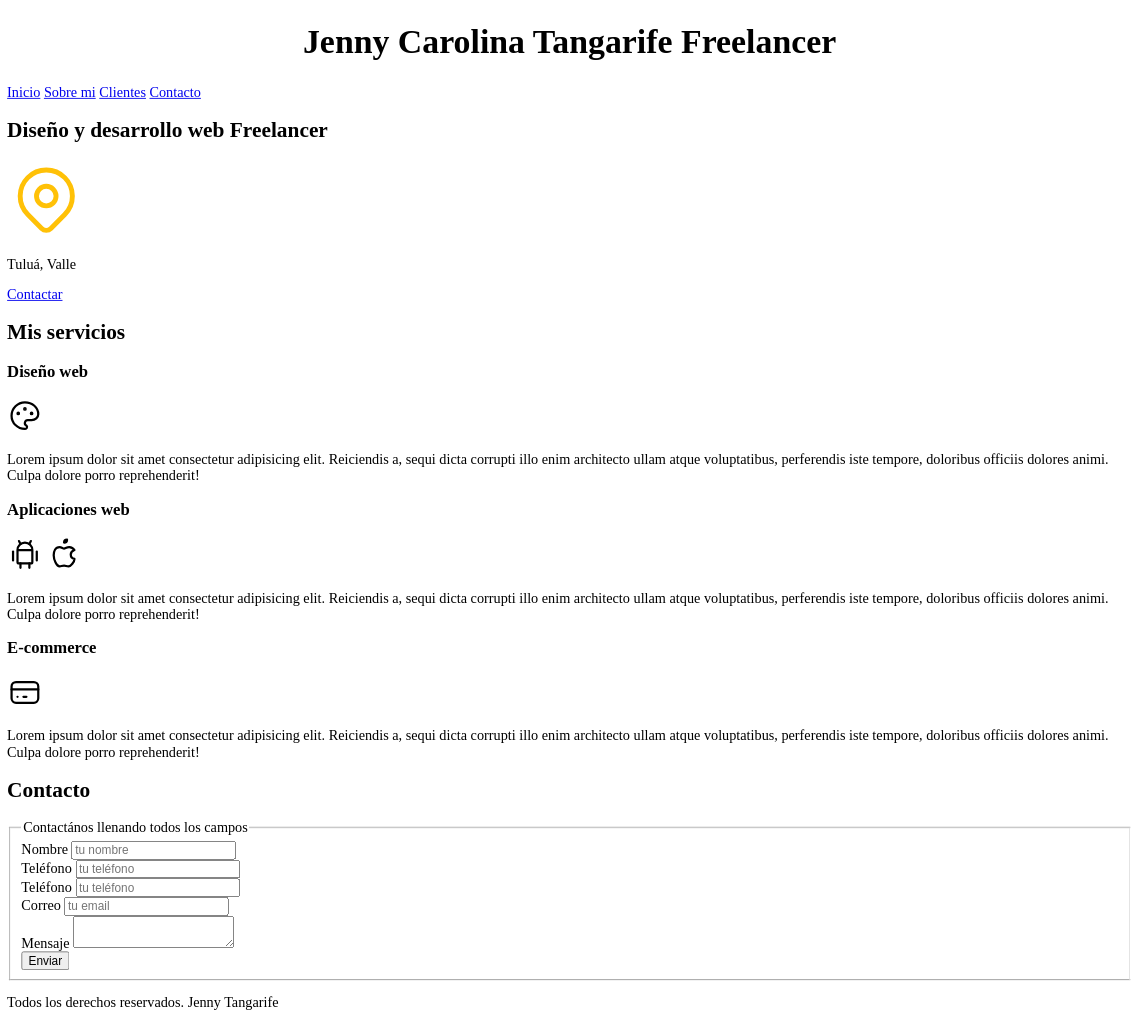
Repository: Jenny980/Sitio-freelancer
Page: index.html
An editor plug-in stored every save of this project. The page is shown before and after the next save, followed by the edit.
The browser window is 1280 px wide. The pictures show the whole page, at 89% of full size.

Above is the page before, as saved 2023-01-28 14:11:49.

### index.html
<!DOCTYPE html>
<html lang="en">
<head>
    <meta charset="UTF-8">
    <meta http-equiv="X-UA-Compatible" content="IE=edge">
    <meta name="viewport" content="width=device-width, initial-scale=1.0">
    <title>Diseñador Freelancer</title>
    <link rel="preload" href="css/styles.css" as="style">
    <link rel="stylesheet" href="css/styles.css">
</head>
<body>
    <header>
        <h1>Jenny Carolina Tangarife <span>Freelancer</span></h1>
    </header>

    <nav>
        <a href="#">Inicio</a>
        <a href="#">Sobre mi</a>
        <a href="#">Clientes</a>
        <a href="#">Contacto</a>
    </nav>


    <section>
        <h2>Diseño y desarrollo web Freelancer</h2>

        <svg xmlns="http://www.w3.org/2000/svg" class="icon icon-tabler icon-tabler-map-pin" width="88" height="88" viewBox="0 0 24 24" stroke-width="1.5" stroke="#FFC107" fill="none" stroke-linecap="round" stroke-linejoin="round">
            <path stroke="none" d="M0 0h24v24H0z" fill="none"/>
            <circle cx="12" cy="11" r="3" />
            <path d="M17.657 16.657l-4.243 4.243a2 2 0 0 1 -2.827 0l-4.244 -4.243a8 8 0 1 1 11.314 0z" />
        </svg>

        <p>Tuluá, Valle</p>
        <a href="#">Contactar</a>
    </section>


    <main>
        <h2>Mis servicios</h2>

        <section>
            <h3>Diseño web</h3>
            <svg xmlns="http://www.w3.org/2000/svg" class="icon icon-tabler icon-tabler-palette" width="40" height="40" viewBox="0 0 24 24" stroke-width="1.5" stroke="#000000" fill="none" stroke-linecap="round" stroke-linejoin="round">
                <path stroke="none" d="M0 0h24v24H0z" fill="none"/>
                <path d="M12 21a9 9 0 1 1 0 -18a9 8 0 0 1 9 8a4.5 4 0 0 1 -4.5 4h-2.5a2 2 0 0 0 -1 3.75a1.3 1.3 0 0 1 -1 2.25" />
                <circle cx="7.5" cy="10.5" r=".5" fill="currentColor" />
                <circle cx="12" cy="7.5" r=".5" fill="currentColor" />
                <circle cx="16.5" cy="10.5" r=".5" fill="currentColor" />
            </svg>
            <p>Lorem ipsum dolor sit amet consectetur adipisicing elit. Reiciendis a, sequi dicta corrupti illo enim
                architecto ullam atque voluptatibus, perferendis iste tempore, doloribus officiis dolores animi.
                Culpa dolore porro reprehenderit!</p>
        </section>

        <section>
            <h3>Aplicaciones web</h3>
            <svg xmlns="http://www.w3.org/2000/svg" class="icon icon-tabler icon-tabler-brand-android" width="40" height="40" viewBox="0 0 24 24" stroke-width="1.5" stroke="#000000" fill="none" stroke-linecap="round" stroke-linejoin="round">
                <path stroke="none" d="M0 0h24v24H0z" fill="none"/>
                <line x1="4" y1="10" x2="4" y2="16" />
                <line x1="20" y1="10" x2="20" y2="16" />
                <path d="M7 9h10v8a1 1 0 0 1 -1 1h-8a1 1 0 0 1 -1 -1v-8a5 5 0 0 1 10 0" />
                <line x1="8" y1="3" x2="9" y2="5" />
                <line x1="16" y1="3" x2="15" y2="5" />
                <line x1="9" y1="18" x2="9" y2="21" />
                <line x1="15" y1="18" x2="15" y2="21" />
            </svg>
            <svg xmlns="http://www.w3.org/2000/svg" class="icon icon-tabler icon-tabler-brand-apple" width="40" height="40" viewBox="0 0 24 24" stroke-width="1.5" stroke="#000000" fill="none" stroke-linecap="round" stroke-linejoin="round">
                <path stroke="none" d="M0 0h24v24H0z" fill="none"/>
                <path d="M9 7c-3 0 -4 3 -4 5.5c0 3 2 7.5 4 7.5c1.088 -.046 1.679 -.5 3 -.5c1.312 0 1.5 .5 3 .5s4 -3 4 -5c-.028 -.01 -2.472 -.403 -2.5 -3c-.019 -2.17 2.416 -2.954 2.5 -3c-1.023 -1.492 -2.951 -1.963 -3.5 -2c-1.433 -.111 -2.83 1 -3.5 1c-.68 0 -1.9 -1 -3 -1z" />
                <path d="M12 4a2 2 0 0 0 2 -2a2 2 0 0 0 -2 2" />
            </svg>
            <p>Lorem ipsum dolor sit amet consectetur adipisicing elit. Reiciendis a, sequi dicta corrupti illo enim
                architecto ullam atque voluptatibus, perferendis iste tempore, doloribus officiis dolores animi.
                Culpa dolore porro reprehenderit!</p>
        </section>

        <section>
            <h3>E-commerce</h3>
            <svg xmlns="http://www.w3.org/2000/svg" class="icon icon-tabler icon-tabler-credit-card" width="40" height="40" viewBox="0 0 24 24" stroke-width="1.5" stroke="#000000" fill="none" stroke-linecap="round" stroke-linejoin="round">
                <path stroke="none" d="M0 0h24v24H0z" fill="none"/>
                <rect x="3" y="5" width="18" height="14" rx="3" />
                <line x1="3" y1="10" x2="21" y2="10" />
                <line x1="7" y1="15" x2="7.01" y2="15" />
                <line x1="11" y1="15" x2="13" y2="15" />
            </svg>
            <p>Lorem ipsum dolor sit amet consectetur adipisicing elit. Reiciendis a, sequi dicta corrupti illo enim
                architecto ullam atque voluptatibus, perferendis iste tempore, doloribus officiis dolores animi.
                Culpa dolore porro reprehenderit!</p>
        </section>

    </main>

    <section>
        <h2>Contacto</h2>
        <form>
            <fieldset>
                <legend>Contactános llenando todos los campos</legend>

                <div>
                    <label>Nombre</label>
                    <input type="text" placeholder="tu nombre">
                </div>

                <div>
                    <label>Teléfono</label>
                    <input type="tel" placeholder="tu teléfono">
                </div>

                <div>
                    <label>Teléfono</label>
                    <input type="tel" placeholder="tu teléfono">
                </div>

                <div>
                    <label>Correo</label>
                    <input type="email" placeholder="tu email">
                </div>

                <div>
                    <label>Mensaje</label>
                    <textarea></textarea>
                </div>

                <div>
                    <input type="submit" value="Enviar">
                </div>

            </fieldset>
        </form>
    </section>

    <footer>
        <p>Todos los derechos reservados. Jenny Tangarife</p>
    </footer>

</body>
</html>

### css/styles.css
html{
    font-size: 62.5%;
}
body{
    font-size: 16px;
}
h1 {
    text-align: center;
    font-size: 3.8rem;
}

span {
    font-size: 2 rem;
}

After the next save:
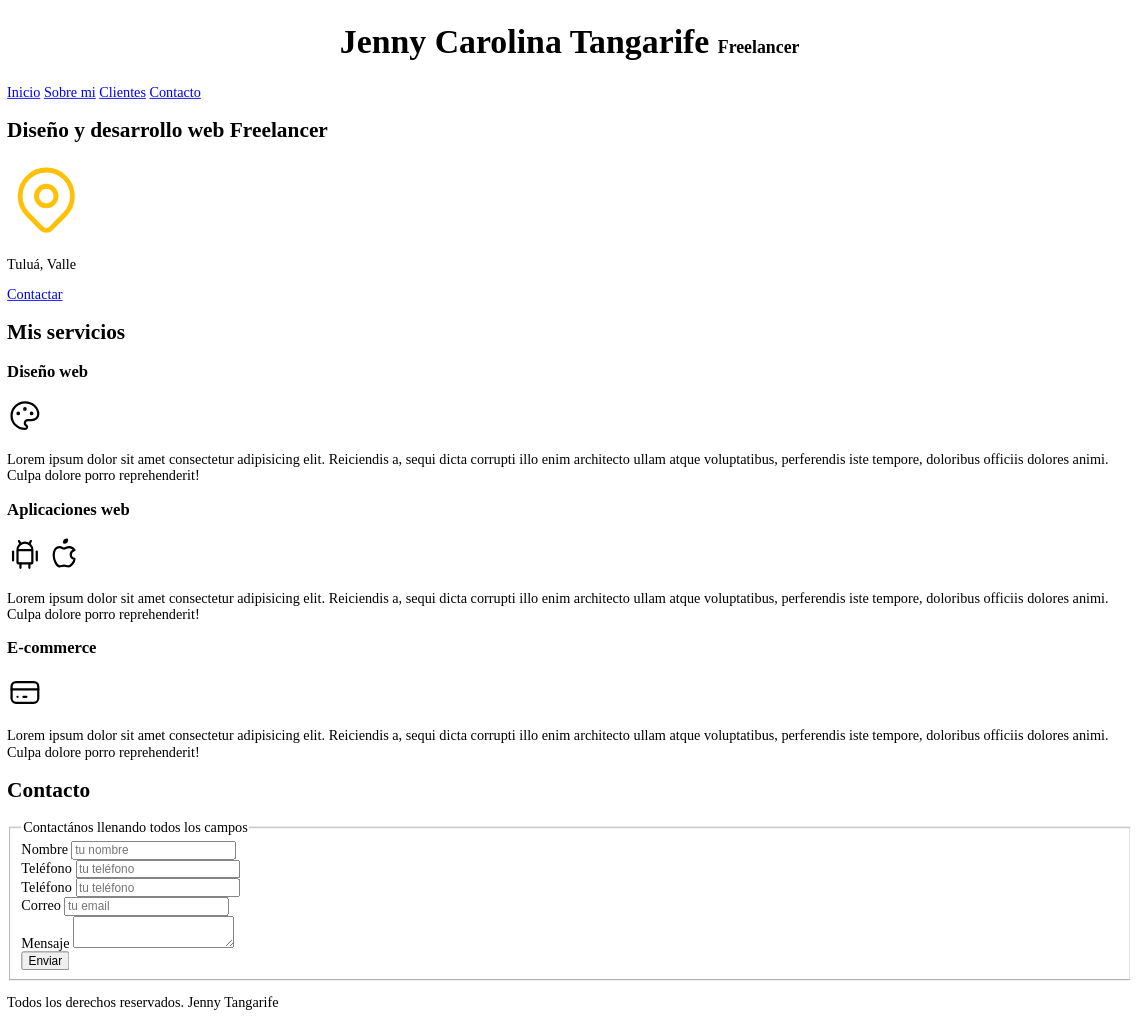
Saved 6 s later.
--- a/css/styles.css
+++ b/css/styles.css
@@ -10,5 +10,5 @@ h1 {
 }
 
 span {
-    font-size: 2 rem;
+    font-size: 2rem;
 }
